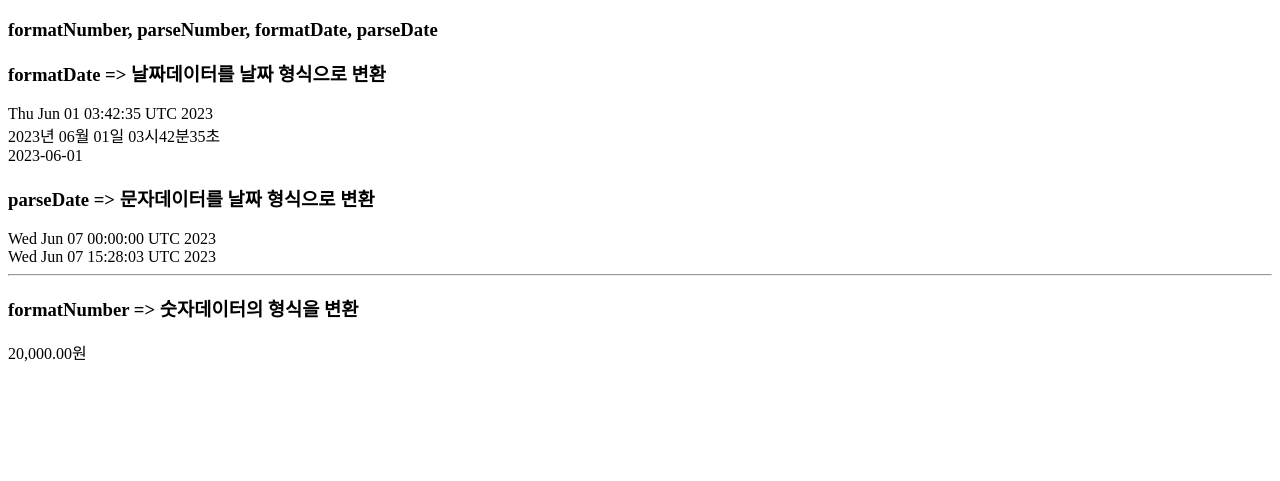
Repository: sun2898/JSP
Page: http://localhost/JSPBasic/JSTL/jstl_fmt.jsp
An editor plug-in stored every save of this project. The page is shown before and after the next save, followed by the edit.
The browser window is 1280 px wide. The pictures show the whole page.
The page is served by Tomcat 9.

Above is the page before, as saved 2023-06-07 06:34:13.

After the next save:
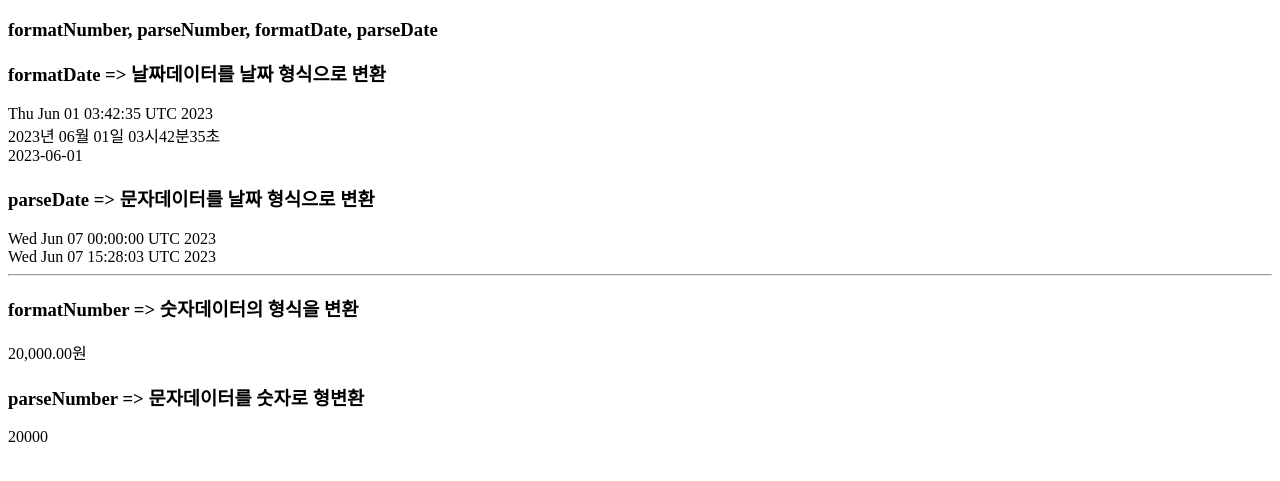
Saved 3 min 7 s later.
--- a/JSPBasic/src/main/webapp/JSTL/jstl_fmt.jsp
+++ b/JSPBasic/src/main/webapp/JSTL/jstl_fmt.jsp
@@ -45,7 +45,11 @@
 
 	<c:set var ="b" value="20000"/>
 
-	<fmt:formatNumber value="${b }" pattern="00,000.00원"/>
+	<fmt:formatNumber value="${b }" pattern="00,000.00원"/><br>
+
+	<h3>parseNumber => 문자데이터를 숫자로 형변환</h3>
+
+	<fmt:parseNumber value="20,000원" pattern="00,000원"/>
 
 
 
